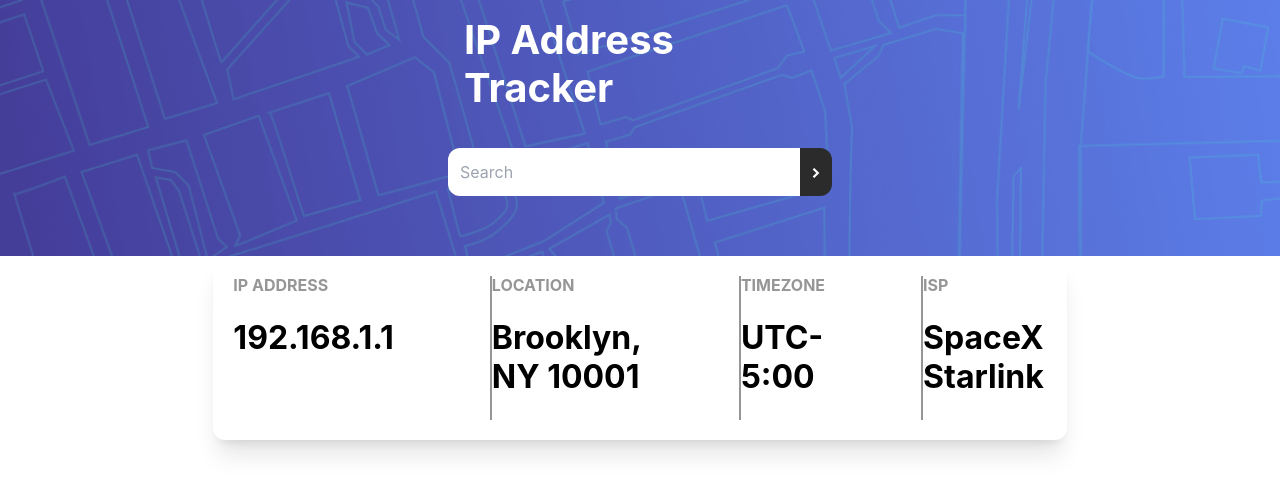
Repository: Dealsy/IP-Tracker
Page: /
The author's editor kept a copy of each file at every save. The page is drawn from the files as they stood at one save, then again after the next save.
The browser window is 1280 px wide. The pictures show the whole page.
The project was rebuilt for these pictures with package versions that can differ from the ones it lists, and the page was loaded fresh each time. The framework's server and built-in components were replaced by stand-ins that run in the browser. Also part of the build but not shown: next.config.js.

Above is the page before, as saved 2022-04-21 22:29:10.

### pages/index.js
import Head from "next/head";
import Arrow from "../images/icon-arrow.svg";
import Image from "next/image";

export default function Home() {
  return (
    <div>
      <Head>
        <title>Create Next App</title>
        <meta name="description" content="Generated by create next app" />
        <link rel="icon" href="/favicon.ico" />
      </Head>

      <main>
        <div className="bg-Backdrop h-64 bg-no-repeat	 bg-cover">
          <h1 className="text-white w-96 m-auto p-4">IP Address Tracker</h1>
          <div className="w-96 m-auto">
            <div className="flex flex-row items-baseline">
              <input
                className="p-3 w-115 mt-5 rounded-l-xl"
                type="search"
                placeholder="Search"
              />
              <button className="bg-Dark-Gray p-3  rounded-r-xl hover:bg-hoverGray">
                {" "}
                <Image src={Arrow} alt="Arrow" />{" "}
              </button>
            </div>
          </div>
        </div>

        <div className="flex flex-row justify-evenly border-0 shadow-xl w-4/6 m-auto rounded-xl p-5">
          <div className=" border-r-2 border-Gray pr-24">
            <h3>IP ADDRESS</h3>
            <h2> 192.168.1.1 </h2>
          </div>
          <div className=" border-r-2 border-Gray pr-24">
            <h3> LOCATION </h3>
            <h2> Brooklyn, NY 10001 </h2>
          </div>
          <div className=" border-r-2 border-Gray pr-24">
            <h3>TIMEZONE</h3>
            <h2> UTC-5:00 </h2>
          </div>
          <div>
            <h3>ISP</h3>
            <h2>SpaceX Starlink</h2>
          </div>
        </div>
      </main>

      <footer></footer>
    </div>
  );
}

### styles/globals.css
@tailwind base;
@tailwind components;
@tailwind utilities;


h1 {
  font-size: 2.5rem;
  font-weight: 700;
  line-height: 1.2;
  margin-bottom: 1.5rem;
}

h2 {
  font-size: 2rem;
  font-weight: 700;
  line-height: 1.2;
  margin-bottom: 1.5rem;
}

h3 {
  font-size: 1rem;
  font-weight: 700;
  line-height: 1.2;
  margin-bottom: 1.5rem;
  color: #969696;
}


html,
body {
  padding: 0;
  margin: 0;
  font-family: -apple-system, BlinkMacSystemFont, Segoe UI, Roboto, Oxygen,
    Ubuntu, Cantarell, Fira Sans, Droid Sans, Helvetica Neue, sans-serif;
}

a {
  color: inherit;
  text-decoration: none;
}

* {
  box-sizing: border-box;
}

### tailwind.config.js
module.exports = {
  content: [
    "./pages/**/*.{js,ts,jsx,tsx}",
    "./components/**/*.{js,ts,jsx,tsx}",
  ],
  theme: {
    extend: {
      colors: {
        "Dark-Gray": "#2b2b2b",
        Gray: "#969696",
        hoverGray: "#3f3f3f",
      },
      backgroundImage: {
        Backdrop: "url('../images/pattern-bg.png')",
      },
      width: {
        100: "28rem",
        105: "29rem",
        110: "30rem",
        115: "31rem",
      },
    },
  },
  plugins: [],
};

Loaded but not shown: pages/_app.js (common file)

After the next save:
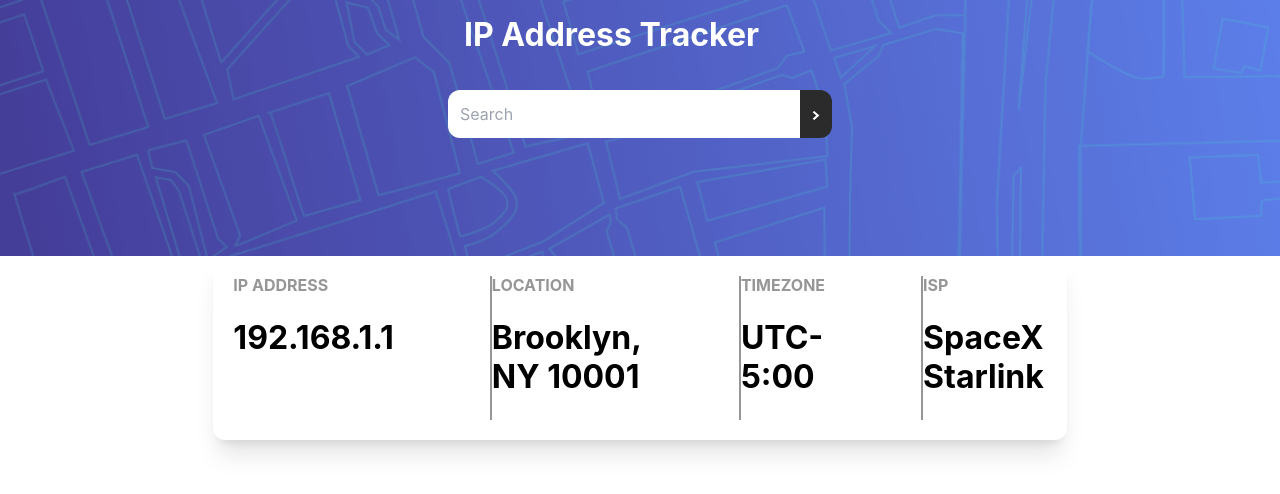
Saved 18 s later.
--- a/pages/index.js
+++ b/pages/index.js
@@ -13,7 +13,7 @@ export default function Home() {
 
       <main>
         <div className="bg-Backdrop h-64 bg-no-repeat	 bg-cover">
-          <h1 className="text-white w-96 m-auto p-4">IP Address Tracker</h1>
+          <h2 className="text-white w-96 m-auto p-4">IP Address Tracker</h2>
           <div className="w-96 m-auto">
             <div className="flex flex-row items-baseline">
               <input
